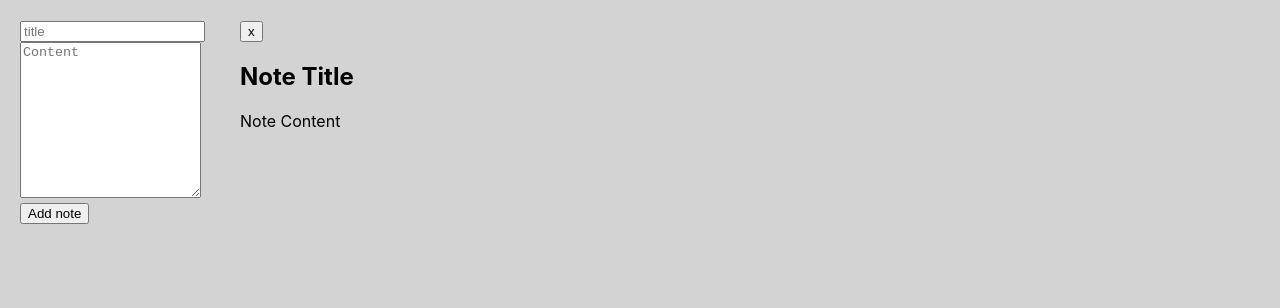
Repository: karolina-rachuta/Notes_React_Node_Js
Page: /
These files come from the project's save history. The page is drawn as it stood at one moment and after a run of saves; the edit follows.
The browser window is 1280 px wide. The pictures show the whole page.
The project was rebuilt for these pictures with package versions that can differ from the ones it lists, and the page was loaded fresh each time.

Above is the page before, as saved 2024-08-10 21:44:08.

After the next 2 saves:
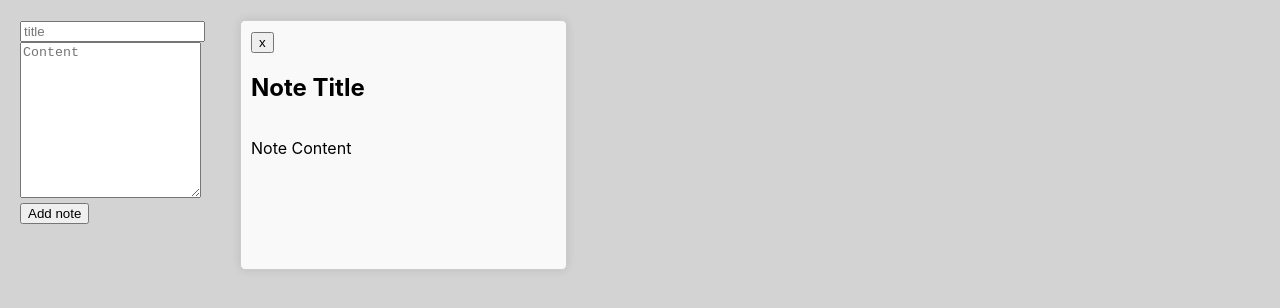
The 2 saves are shown as one change because they came seconds apart.
The last was saved 67 s later.
--- a/src/App.css
+++ b/src/App.css
@@ -22,7 +22,7 @@ body {
   gap: 20px;
 }
 
-/* .notes-item {
+.notes-item {
   display: flex;
   flex-direction: column;
   border: 1px solid #ccc;
@@ -33,48 +33,47 @@ body {
   cursor: pointer;
 }
 
-.notes-header {
+/* .notes-header {
   display: flex;
   justify-content: flex-end;
-}
+} */
 
-.notes-header button {
+/* .notes-header button {
   font-size: 16px;
   background: transparent;
   border: none;
   cursor: pointer;
   max-width: fit-content;
-}
+} */
 
-h2 {
+/* h2 {
   margin: 0;
-}
+} */
 
-.note-form {
+/* .note-form {
   display: flex;
   flex-direction: column;
   gap: 20px;
-}
+} */
 
-textarea,
+/* textarea,
 input {
   border-radius: 5px;
   border: 1px solid black;
   padding: 10px;
   font-size: 16px;
-}
+} */
 
-.note-form button {
+/* .note-form button {
   border-radius: 5px;
   background-color: rgb(64, 154, 184);
   border: none;
   padding: 10px;
   font-size: 16px;
   color: #fff;
-}
+} */
 
-.note-form button:hover {
+/* .note-form button:hover {
   background-color: rgb(106, 175, 198);
   cursor: pointer;
-}
- */
+} */
